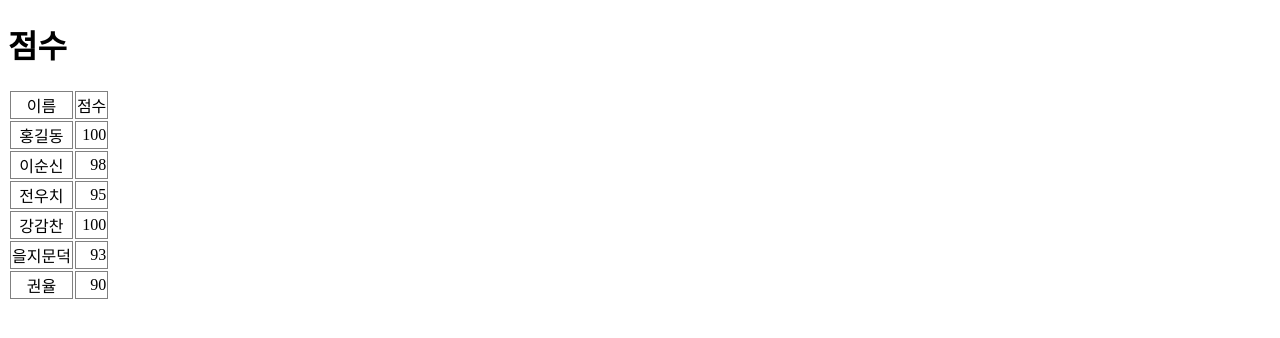
Repository: djdongjae/SpringProjects
Page: html1/src/main/webapp/01/table07.html
These files come from the project's save history. The page is drawn as it stood at one moment and after the next save; the edit follows.
The browser window is 1280 px wide. The pictures show the whole page.

Above is the page before, as saved 2023-03-13 01:34:11.

After the next save:
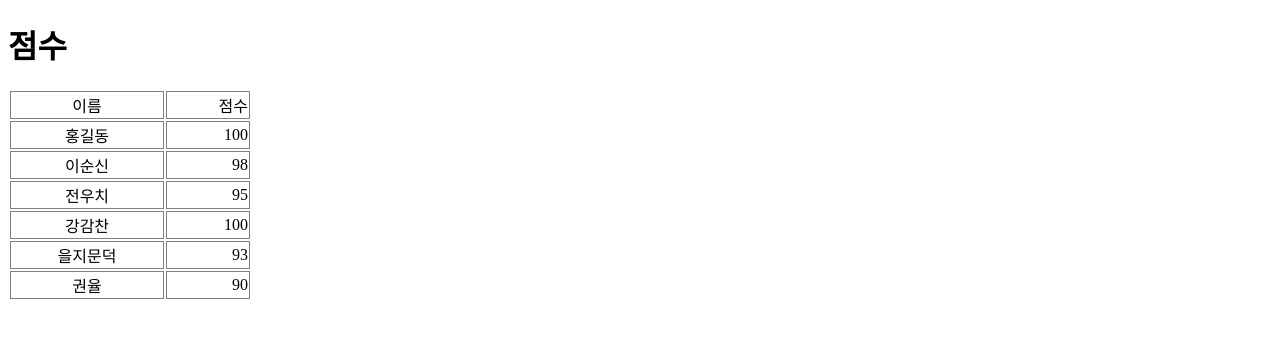
Saved 107 s later.
--- a/html1/src/main/webapp/01/table07.html
+++ b/html1/src/main/webapp/01/table07.html
@@ -5,8 +5,8 @@
     <title>점수</title>
     <style>
     	td { border: 1px solid gray; }
-    	td:nth-child(2) { text-align: right; }
-    	td:nth-child(1) { text-align: center; }
+    	td:nth-child(2) { width:80px; text-align: right; }
+    	td:nth-child(1) { width:150px; text-align: center; }
     </style>
   </head>
   <body>
